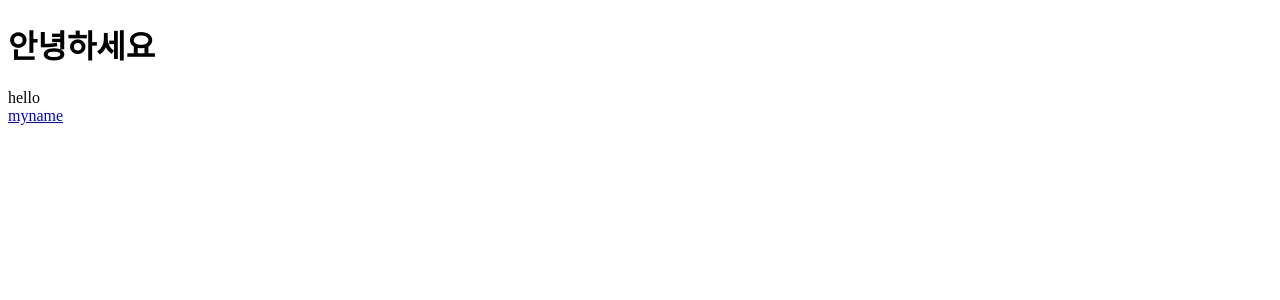
Repository: SeungwanHong/Web-jsp-
Page: http://localhost/20170403/
These files come from the project's save history. The page is drawn as it stood at one moment and after the next save; the edit follows.
The browser window is 1280 px wide. The pictures show the whole page.
The page is served by Tomcat 9.

Above is the page before, as saved 2017-04-03 07:30:54.

After the next save:
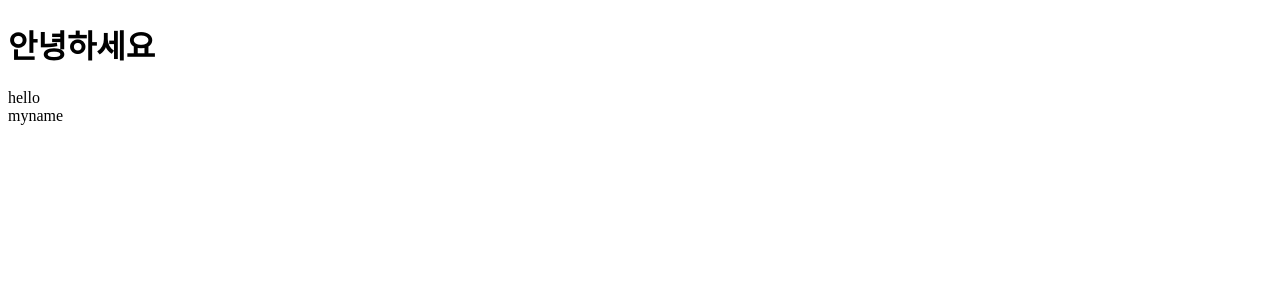
Saved 9 s later.
--- a/20170403/WebContent/index.jsp
+++ b/20170403/WebContent/index.jsp
@@ -8,8 +8,8 @@
 </head>
 <body>
 <h1>안녕하세요</h1>
-<link href="./hello">hello</a>
+<link href="./hello">hello</link>
 </br>
-<a href="./MyNameServlet">myname</a>
+<link href="./MyNameServlet">myname</link>
 </body>
 </html>
